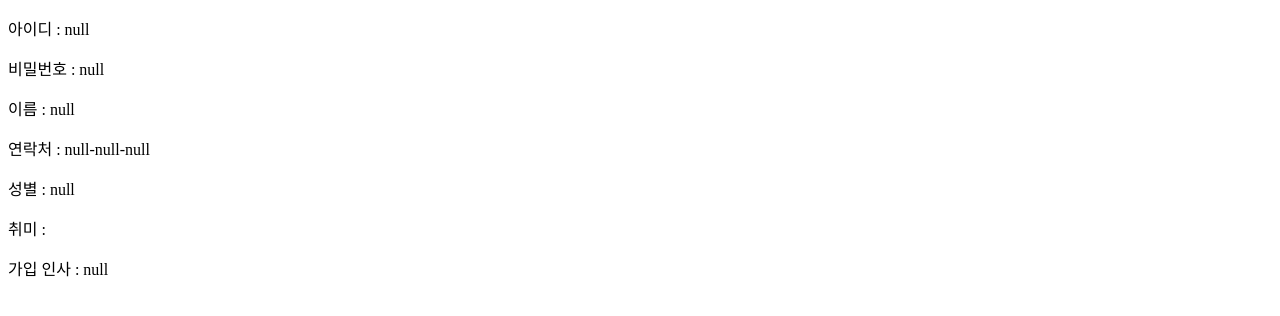
Repository: lhj257/jspwrokspace
Page: http://localhost/JSPBook/ch06/form06_process.jsp
These files come from the project's save history. The page is drawn as it stood at one moment and after a run of saves; the edit follows.
The browser window is 1280 px wide. The pictures show the whole page.
The page is served by Tomcat 9. Nobody is signed in. The application's start-up code is not run. Other server files are loaded and not shown.

Above is the page before, as saved 2023-08-28 00:16:17.

### JSPBook/src/main/webapp/ch06/form06_process.jsp
<%@ page language="java" contentType="text/html; charset=UTF-8"
    pageEncoding="UTF-8"%>
<!DOCTYPE html>
<html>
<head>
<meta charset="UTF-8">
<title>Form Processing</title>
</head>
<body>
<%
		request.setCharacterEncoding("UTF-8");

		String id=request.getParameter("id");
		String passwd=request.getParameter("passwd");
		String name=request.getParameter("name");
		String phone1=request.getParameter("phone1");
		String phone2=request.getParameter("phone2");
		String phone3=request.getParameter("phone3");
		String sex=request.getParameter("sex");
		String[] hobby=request.getParameterValues("hobby");
		String comment=request.getParameter("comment");
	%>

	<p> 아이디 : <%=id%>
	<p> 비밀번호 : <%=passwd%>
	<p> 이름 : <%=name%>
	<p> 연락처 : <%=phone1%>-<%=phone2%>-<%=phone3%>
	<p> 성별 : <%=sex%>
	<p> 취미 : <%
				if(hobby !=null){
					for(int i = 0;i<hobby.length;i++){
						out.println(" "+hobby[i]);
					}
				}
				%>
	<p> 가입 인사 : <%=comment%>
</body>
</html>

After the next 2 saves:
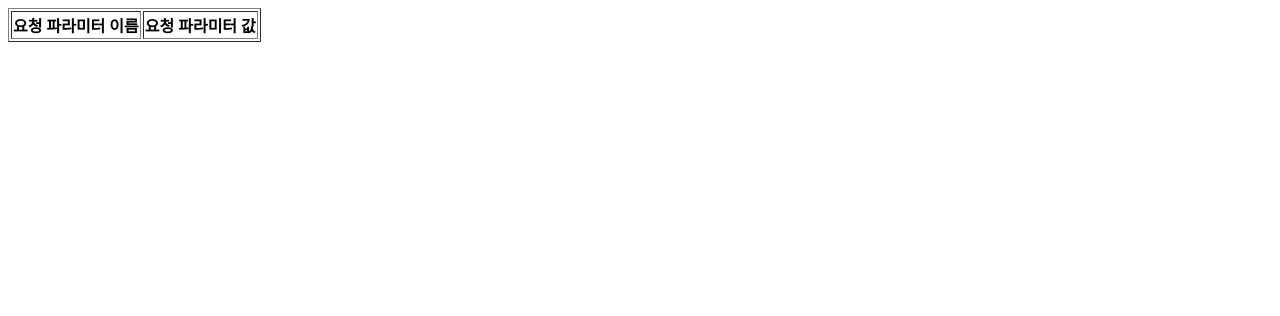
The 2 saves are shown as one change because they came seconds apart.
The last was saved 6 min 28 s later.
--- a/JSPBook/src/main/webapp/ch06/form06_process.jsp
+++ b/JSPBook/src/main/webapp/ch06/form06_process.jsp
@@ -1,5 +1,6 @@
 <%@ page language="java" contentType="text/html; charset=UTF-8"
-    pageEncoding="UTF-8"%>
+	pageEncoding="UTF-8"%>
+<%@ page import="java.io.*, java.util.*"%>
 <!DOCTYPE html>
 <html>
 <head>
@@ -7,32 +8,23 @@
 <title>Form Processing</title>
 </head>
 <body>
-<%
+	<table border="1">
+		<tr>
+			<th>요청 파라미터 이름</th>
+			<th>요청 파라미터 값</th>
+		</tr>
+		<%
 		request.setCharacterEncoding("UTF-8");
 
-		String id=request.getParameter("id");
-		String passwd=request.getParameter("passwd");
-		String name=request.getParameter("name");
-		String phone1=request.getParameter("phone1");
-		String phone2=request.getParameter("phone2");
-		String phone3=request.getParameter("phone3");
-		String sex=request.getParameter("sex");
-		String[] hobby=request.getParameterValues("hobby");
-		String comment=request.getParameter("comment");
-	%>
+		Enumeration paramNames = request.getParameterNames();
+		while (paramNames.hasMoreElements()) {
+			String name = (String) paramNames.nextElement();
+			out.print("<th><td>" + name + " </td>\n");
+			String paramValue = request.getParameter(name);
+			out.println("<td> " + paramValue + "</td></tr>\n");
+		}
+		%>
+	</table>
 
-	<p> 아이디 : <%=id%>
-	<p> 비밀번호 : <%=passwd%>
-	<p> 이름 : <%=name%>
-	<p> 연락처 : <%=phone1%>-<%=phone2%>-<%=phone3%>
-	<p> 성별 : <%=sex%>
-	<p> 취미 : <%
-				if(hobby !=null){
-					for(int i = 0;i<hobby.length;i++){
-						out.println(" "+hobby[i]);
-					}
-				}
-				%>
-	<p> 가입 인사 : <%=comment%>
 </body>
 </html>
